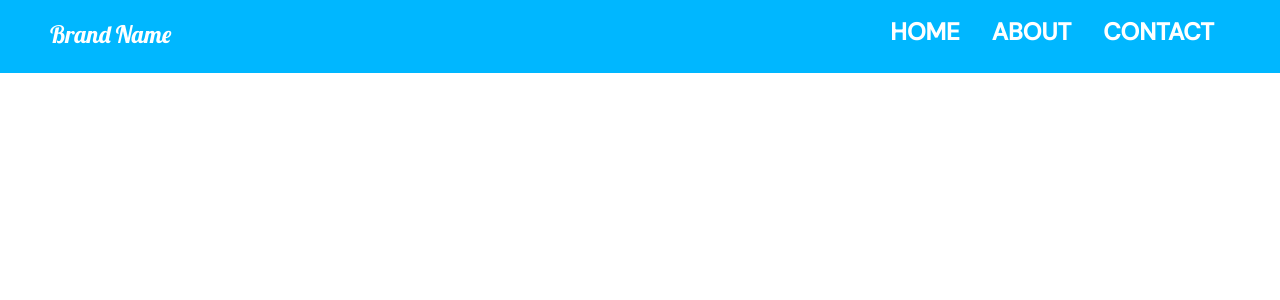
Repository: Jrap-bit/PeriodofSharing
Page: index.html
These files come from the project's save history. The page is drawn as it stood at one moment and after the next save; the edit follows.
The browser window is 1280 px wide. The pictures show the whole page.

Above is the page before, as saved 2022-01-13 21:22:42.

### index.html
<!DOCTYPE html>
<html lang="en">
<head>
    <meta charset="UTF-8">
    <meta http-equiv="X-UA-Compatible" content="IE=edge">
    <meta name="viewport" content="width=device-width, initial-scale=1.0">
    <link rel='stylesheet' href = 'style.css'>
    <title>Women</title>
</head>
<body>
    <nav class="navbar">
        <div class="brand-title">
            Brand Name
        </div>
        <a href="#" class="toggle-button">
            <span class="bar"></span>
            <span class="bar"></span>
            <span class="bar"></span>
        </a>
        <div class="navbar-links">
            <ul>
                <li><a href="#Home">HOME</a></li>
                <li><a href="#About">ABOUT</a></li>
                <li><a href="#Contact">CONTACT</a></li>
            </ul>
        </div>
    </nav>
</body>
</html>

### style.css
@import url('https://fonts.googleapis.com/css2?family=DM+Sans:wght@500&display=swap');
@import url('https://fonts.googleapis.com/css2?family=Bebas+Neue&family=Lobster&display=swap');

* {
    box-sizing: border-box;
    font-family: 'DM Sans', sans-serif;
}

body {
    margin: 0;
    padding: 0;
}

html{
    scroll-behavior: smooth;
}

.navbar{
    display: flex;
    justify-content: space-between;
    align-items: center;
    background-color: rgb(0, 183, 255);
    color: white;

}

.brand-title{
    font-family: 'Lobster', cursive;
    font-size: 1.5rem;
    margin: 10px 50px;
    margin-bottom: 15px;

}

.navbar-links ul{
    margin: 0 50px;
    margin-bottom: 10px;
    padding: 0;
    display: flex;
}

.navbar-links li {
    font-family: 'Bebas Neue', cursive;
    font-weight: bold;
    list-style: none;
    font-size: 1.5rem;

}

.navbar-links li a{
    text-decoration: none;
    color: white;
    padding: 1rem;
    display: block;
}

.navbar-links li:hover{
    background-color: rgb(1, 54, 75);
}

.toggle-button {
    position: absolute;
    top: .75rem;
    right: 1rem;
    display: none;
    flex-direction: column;
    justify-content: space-between;
    width: 30px;
    height: 21px;
}

.toggle-button .bar{
    height: 3px;
    width: 100%;
    background-color: white;
    border-radius: 10px;
}

@media (max-width: 800px) {
    .toggle-button{
        display: flex;
    }
    .navbar-links{
        display: none;
        width: 100%;
    }

    .navbar{
        flex-direction: column;
        align-items: flex-start;
    }

    .navbar-links ul {
        flex-direction: column;
        width: 100%;

    }

    .navbar-links li{
        text-align: center;
    }

    .navbar-links li a{
        padding: 0.5rem 1rem;
    }

    .navbar-links.active{
        display: flex;
    }

    .toggle-button:hover{
        background-color: #666;
    }
}

After the next save:
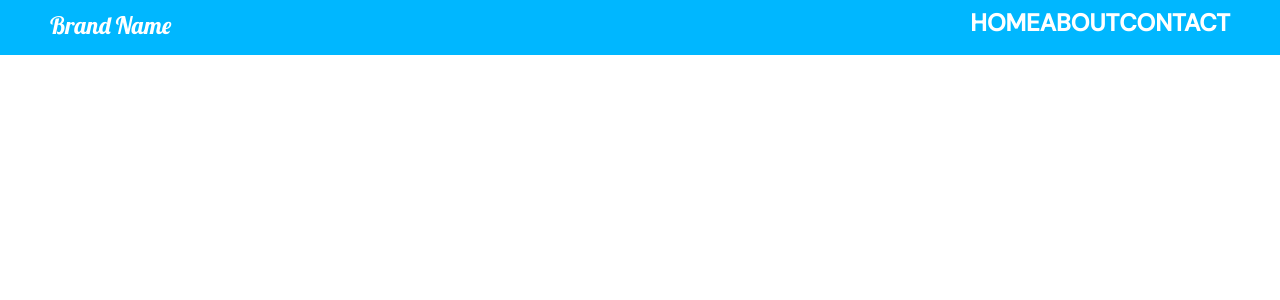
Saved 18 s later.
--- a/style.css
+++ b/style.css
@@ -50,7 +50,7 @@ html{
 .navbar-links li a{
     text-decoration: none;
     color: white;
-    padding: 1rem;
+    /* padding: 1rem; */
     display: block;
 }
 
